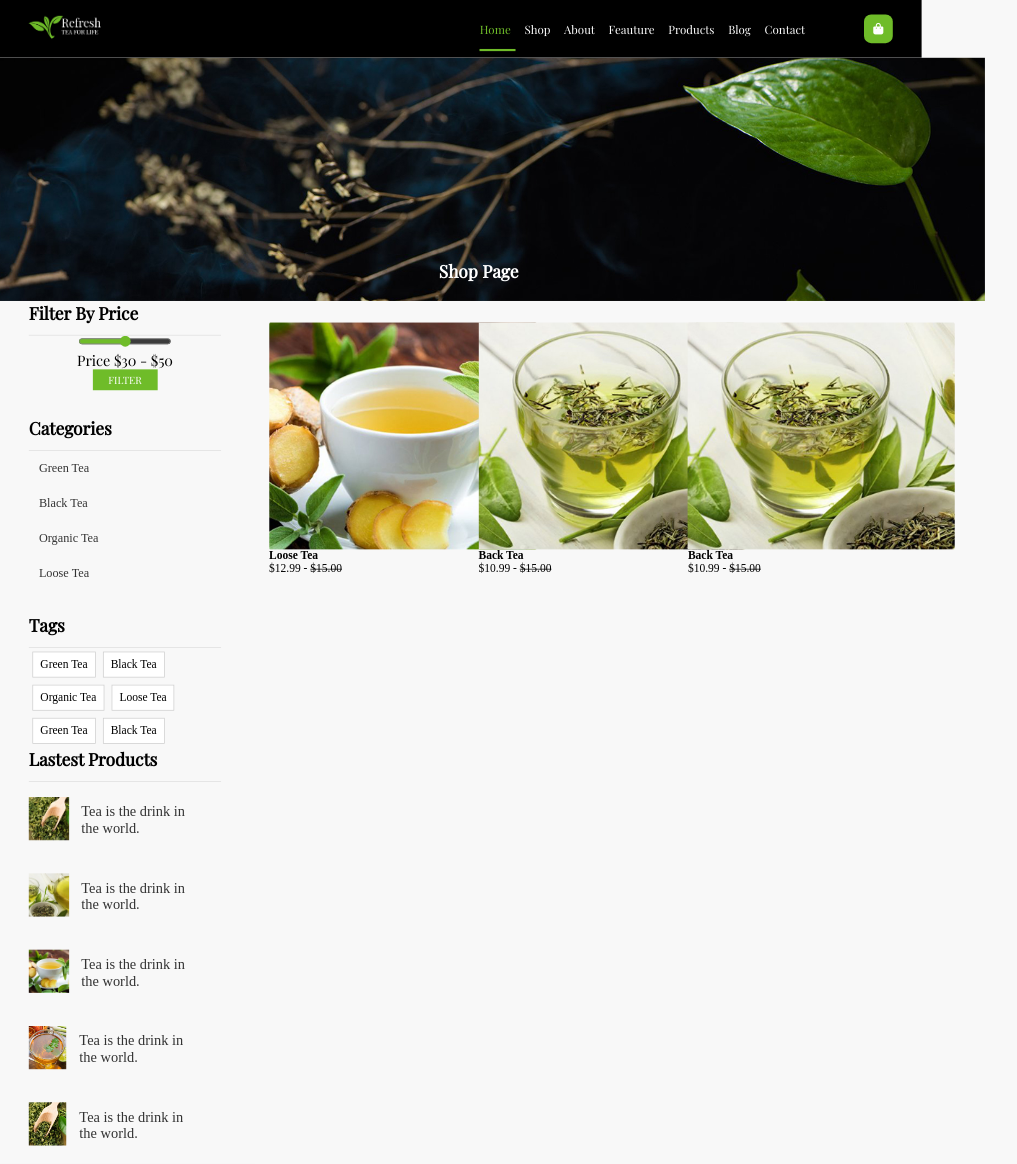
Repository: 52hzwhaleblue/school_teashop
Page: shop.html
These files come from the project's save history. The page is drawn as it stood at one moment and after the next save; the edit follows.
The browser window is 1280 px wide. The page is 1368 px wide, then 1413 px, so the pictures cover 1413 px, including what lies to the right of the window. The pictures show the whole page, at 72% of full size.
Some web libraries are served in a nearby version.

Above is the page before, as saved 2022-05-06 22:29:36.

After the next save:
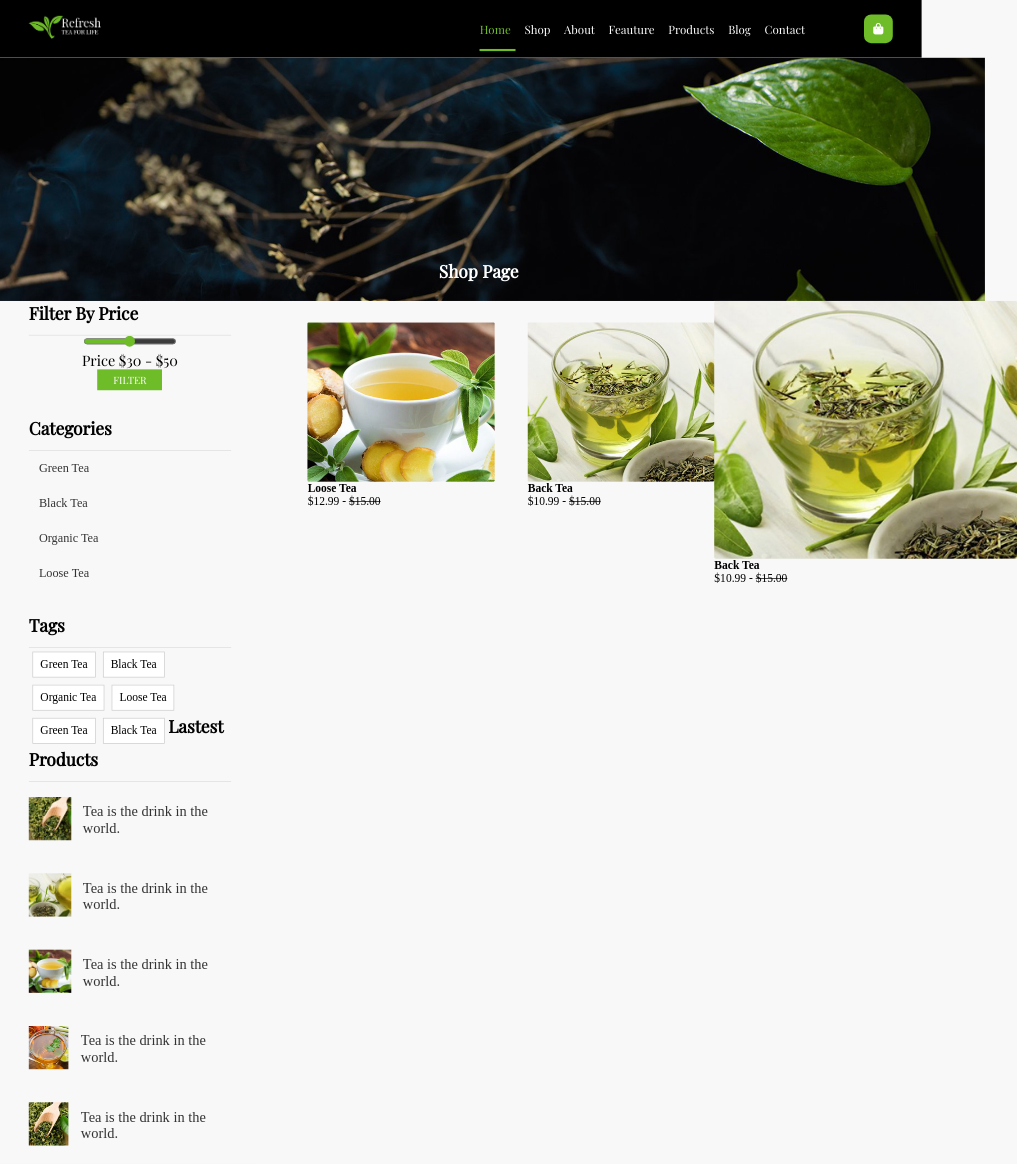
Saved 24 s later.
--- a/shop.html
+++ b/shop.html
@@ -185,11 +185,11 @@
                         <h4>Back Tea</h4>
                         <p>$10.99 - <del>$15.00</del></p>
                     </div>
-                    <div class="shop">
-                        <img src="images/product-9.jpg">
-                        <h4>Back Tea</h4>
-                        <p>$10.99 - <del>$15.00</del></p>
-                    </div>
+                </div>
+                <div class="shop">
+                    <img src="images/product-9.jpg">
+                    <h4>Back Tea</h4>
+                    <p>$10.99 - <del>$15.00</del></p>
                 </div>
             </div>
         </div>
